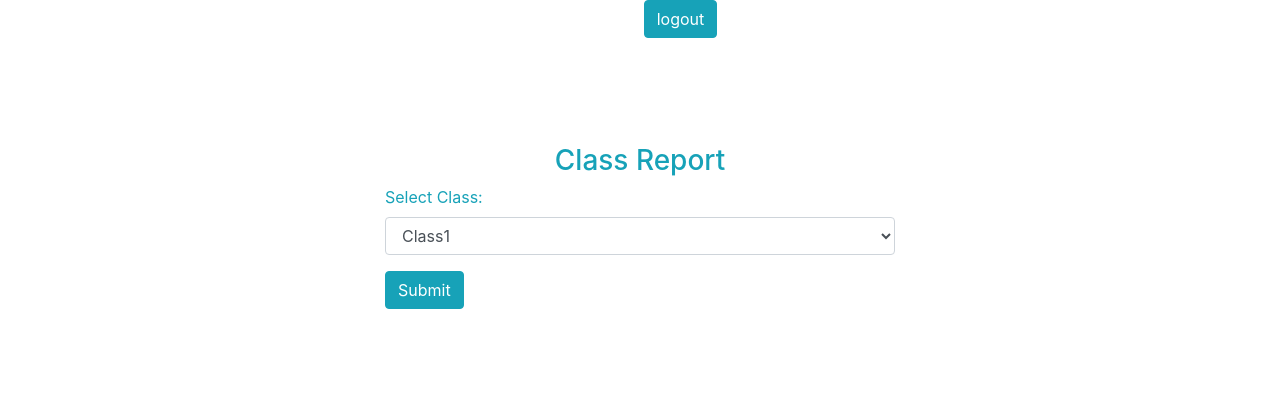
Repository: sindurup/Phase2Project
Page: http://localhost/LearnersAcademyPro/classInfo.jsp
These files come from the project's save history. The page is drawn as it stood at one moment and after the next save; the edit follows.
The browser window is 1280 px wide. The pictures show the whole page.
Some web libraries are served in a nearby version. The page is served by Tomcat 9. The session is filled in as if someone had signed in: {"uname": "Test User", "pw": 1}. Other server files are loaded and not shown.

Above is the page before, as saved 2021-09-27 12:46:42.
Console error: TypeError: Cannot read properties of undefined (reading 'fn')

### LearnersAcademyPro/src/main/webapp/classInfo.jsp
<%@ page language="java" contentType="text/html; charset=ISO-8859-1"
    pageEncoding="ISO-8859-1"%>
<!DOCTYPE html>
<html>
<link href="//maxcdn.bootstrapcdn.com/bootstrap/4.1.1/css/bootstrap.min.css" rel="stylesheet" id="bootstrap-css">
<script src="//maxcdn.bootstrapcdn.com/bootstrap/4.1.1/js/bootstrap.min.js"></script>
<script src="//cdnjs.cloudflare.com/ajax/libs/jquery/3.2.1/jquery.min.js"></script>
<head>
<meta charset="ISO-8859-1">
<title>Learners Academy</title>
</head>
<body>


<%
response.setHeader("Cache-Control","no-cache,no-store,must-revalidate");
HttpSession session1=request.getSession();


    if(session.getAttribute("uname")==null)
    {

    	 response.sendRedirect("Login.jsp");
    }
%>

   <div class="form-group" align="center" >
   <form id="logout" class="form" action="logout" method="post">

    &nbsp;&nbsp;&nbsp;&nbsp;&nbsp;&nbsp;&nbsp;&nbsp;&nbsp;&nbsp;&nbsp;&nbsp;&nbsp;&nbsp;&nbsp;&nbsp;&nbsp; <input type="submit" name="submit" class="btn btn-info btn-md" value="logout">
    </form>
                            </div>
    <div id="login">
        <h3 class="text-center text-white pt-5">Login form</h3>

        <div class="container">

            <div id="login-row" class="row justify-content-center align-items-center">
                <div id="login-column" class="col-md-6">
                    <div id="login-box" class="col-md-12">



                     <form id="login" class="form" action="login" method="post">
                            <h3 class="text-center text-info">Class Report</h3>
                            <div class="form-group">
                                  <label for="username" class="text-info">Select Class:</label><br>


                                  <select name="Class" id="Class" class="form-control">
								  <option value="Class1">Class1</option>
								  <option value="Class2">Class2</option>
								  <option value="Class3">Class3</option>
								  <option value="Class4">Class4</option>
								  <option value="Class5">Class5</option>
								  <option value="Class6">Class6</option>
								  <option value="Class7">Class7</option>
								  <option value="Class8">Class8</option>
								  <option value="Class9">Class9</option>
								  <option value="Class10">Class10</option>


								</select>
                            </div>

                            <div class="form-group">

                                <input type="submit" name="Submit" class="btn btn-info btn-md" value="Submit">
                            </div>

                        </form>



                    </div>
                </div>
            </div>
        </div>
    </div>
</body>
</html>

After the next save:
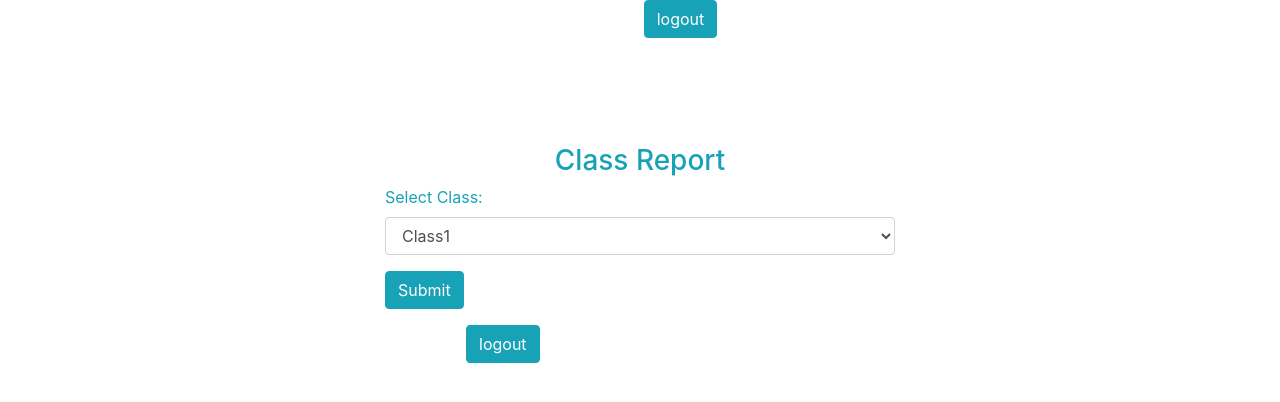
Saved 73 s later.
--- a/LearnersAcademyPro/src/main/webapp/classInfo.jsp
+++ b/LearnersAcademyPro/src/main/webapp/classInfo.jsp
@@ -69,7 +69,10 @@
                             </div>
 
                         </form>
+                    <form id="logout" class="form" action="logout" method="post">
 
+    &nbsp;&nbsp;&nbsp;&nbsp;&nbsp;&nbsp;&nbsp;&nbsp;&nbsp;&nbsp;&nbsp;&nbsp;&nbsp;&nbsp;&nbsp;&nbsp;&nbsp; <input type="submit" name="submit" class="btn btn-info btn-md" value="logout">
+    </form>
 
 
                     </div>

After the save that followed:
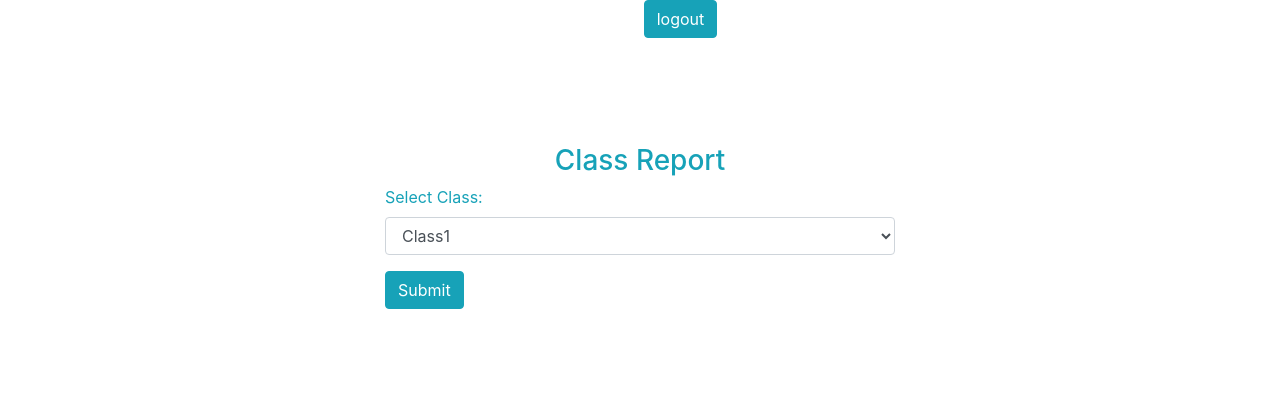
Saved 30 s later.
--- a/LearnersAcademyPro/src/main/webapp/classInfo.jsp
+++ b/LearnersAcademyPro/src/main/webapp/classInfo.jsp
@@ -69,10 +69,7 @@
                             </div>
 
                         </form>
-                    <form id="logout" class="form" action="logout" method="post">
 
-    &nbsp;&nbsp;&nbsp;&nbsp;&nbsp;&nbsp;&nbsp;&nbsp;&nbsp;&nbsp;&nbsp;&nbsp;&nbsp;&nbsp;&nbsp;&nbsp;&nbsp; <input type="submit" name="submit" class="btn btn-info btn-md" value="logout">
-    </form>
 
 
                     </div>
